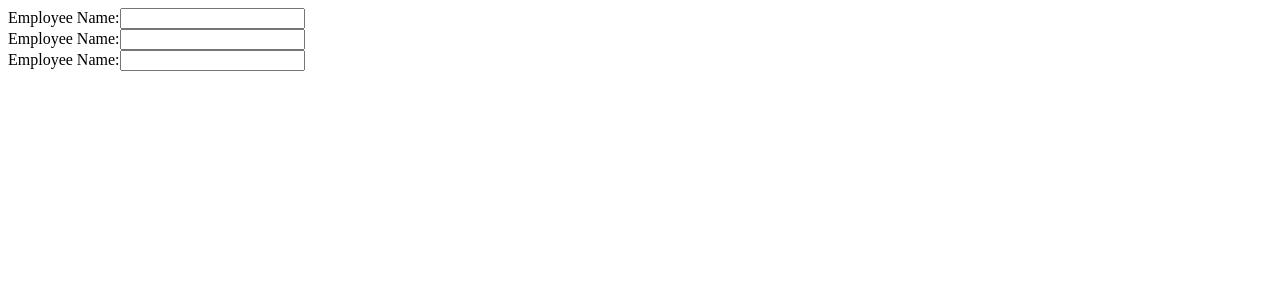
Repository: anushkammp/abc
Page: http://localhost/JSTLDemo/mypage.jsp
An editor plug-in stored every save of this project. The page is shown before and after the next save, followed by the edit.
The browser window is 1280 px wide. The pictures show the whole page.
The page is served by Tomcat 9.

Above is the page before, as saved 2018-08-20 06:28:21.

After the next save:
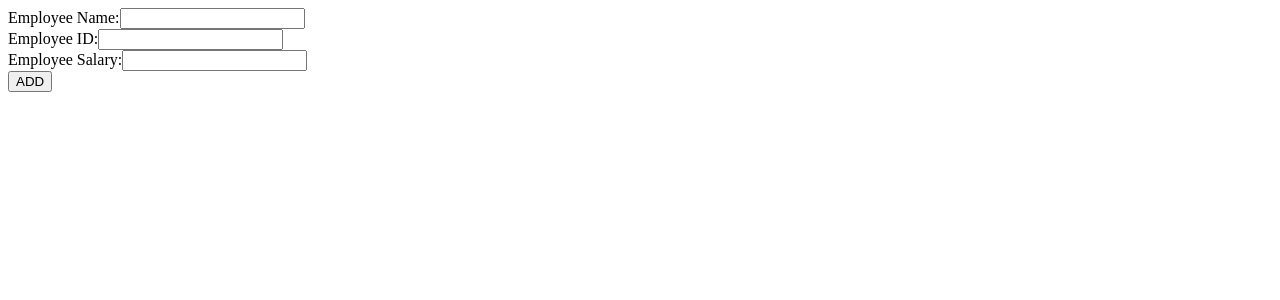
Saved 62 s later.
--- a/JSTLDemo/WebContent/mypage.jsp
+++ b/JSTLDemo/WebContent/mypage.jsp
@@ -12,8 +12,9 @@
 
 
 Employee Name:<input type="text" name=""><br>
-Employee Name:<input type="text" name=""><br>
-Employee Name:<input type="text" name=""><br>
+Employee ID:<input type="text" name=""><br>
+Employee Salary:<input type="text" name=""><br>
+<input type="submit" value="ADD">
 </form>
 
 </body>
